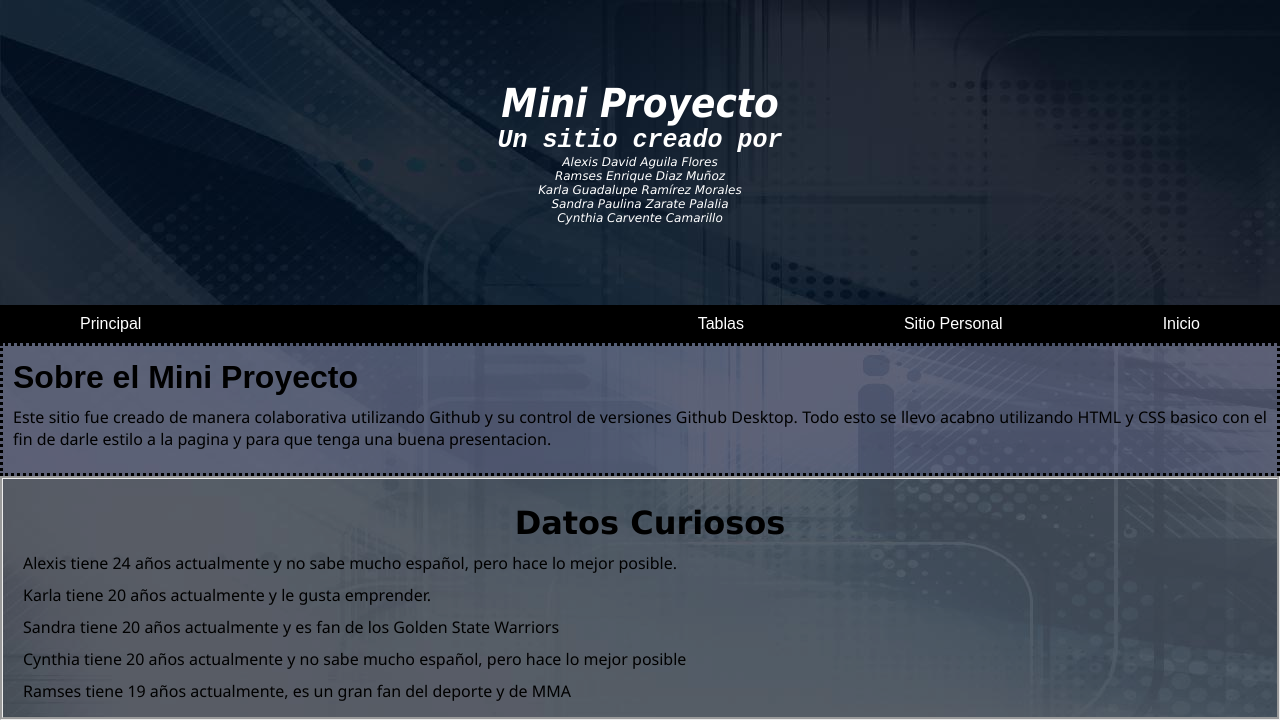
Repository: Dogueen/miniProyectoUniversidad
Page: miniProyecto/principal.html
The author's editor kept a copy of each file at every save. The page is drawn from the files as they stood at one save, then again after the next save.
The browser window is 1280 px wide. The pictures show the whole page.

Above is the page before, as saved 2023-10-31 19:29:14.

### miniProyecto/principal.html
<!DOCTYPE html>
<html lang="es">

<head>
    <title>Ejemplo de un Website</title>
    <meta charset="UTF-8">
    <meta name="viewport" content="width=device-width, initial-scale=1">
    <link rel="stylesheet" type="text/css" href="styles/principal.css" />

    <style>
    </style>
</head>

<body>

    <div class="header">
        <h1>Mini Proyecto</h1>
        <h2> Un sitio creado por</h2>
        <dl>
            <dt>Alexis David Aguila Flores</dt>
            <dt>Ramses Enrique Diaz Muñoz</dt>
            <dt>Karla Guadalupe Ramírez Morales</dt>
            <dt>Sandra Paulina Zarate Palalia</dt>
            <dt>Cynthia Carvente Camarillo</dt>
        </dl>
    </div>

    <div class="navbar">
        <a href="pages/inicio.html">Inicio</a>
        <a href="pages/personal.html">Sitio Personal</a>
        <a href="pages/tablas.html">Tablas</a>
        <a href="principal.html" class="left">Principal</a>
    </div>

    <div class="row">
        <d class="side">
            <h1>Sobre el Mini Proyecto</h1>
            <p class="parat">Este sitio fue creado de manera colaborativa utilizando Github y su control de
                versiones Github Desktop. Todo esto se llevo acabno utilizando HTML y CSS
                basico con el fin de darle estilo a la pagina y para que tenga una buena presentacion.
            </p class="parat">
    </div>
    <div class="main">
        <h1>Datos Curiosos</h1>
        <p class="parat">Alexis tiene 24 años actualmente y no sabe mucho español, pero hace
            lo mejor posible.
        </p class="parat">
        <p class="parat">Karla tiene 20 años actualmente y le gusta emprender.</p class="parat">
        <p class="parat">Sandra tiene 20 años actualmente y es fan de los Golden State Warriors</p class="parat">
        <p class="parat">Cynthia tiene 20 años actualmente y no sabe mucho español, pero hace
            lo mejor posible
        </p class="parat">
        <p class="parat">Ramses tiene 19 años actualmente, es un gran fan del deporte y de MMA</p class="parat">
    </div>
    </div>

</body>

</html>

### miniProyecto/styles/principal.css
/* Global Styles */
* {
    box-sizing: border-box;
    margin: 0;
    padding: 0;
}

body {
    background-image: url("../images/bg-img.jpg");
    margin: 0;
    font-family: Arial, sans-serif;
}

/* Header Styles */
.header {
    padding: 80px;
    text-align: center;
    color: white;
}

.header h1 {
    font-size: 40px;
    font-style: italic;
    font-family: Tahoma;
}

.header h2 {
    font-size: 25px;
    font-style: italic;
    font-family: monospace;
}

.header dl {
    font-size: 12px;
    font-style: italic;
    font-family: Verdana, Geneva, Tahoma, sans-serif;
}

/* Navbar Styles */
.navbar {
    overflow: hidden;
    background-color: #000000;
}

.navbar a {
    float: right;
    display: block;
    color: white;
    text-align: center;
    padding: 10px 80px;
    text-decoration: none;
}

.navbar a:hover {
    background-color: #ddd;
    color: black;
}

.navbar a.left {
    float: left;
}

/* Paragraph Styles */
.parat {
    /* top | right | bottom | left */
    margin: 10px auto 10px auto;
    text-align: justify;
    text-justify: auto;
    font-family: 'Segoe UI', Tahoma, Geneva, Verdana, sans-serif;
}

.main h1{
    font-family: 'Lucida Sans', 'Lucida Sans Regular', 'Lucida Grande', 'Lucida Sans Unicode', Geneva, Verdana, sans-serif;
    text-align: center;
}

/* Flexbox Layout */
.row {
    display: flex;
    flex-wrap: nowrap;
}

.side {
    flex: 1;
    background-color: rgba(173, 173, 205, 0.407);
    padding: 1% 10px;
    border-style: dotted;
}

.main {
    flex: 1;
    background-color: rgba(241, 241, 242, 0.24);
    /* top | right | bottom | left */
    padding: 25px 0px 5px 20px;
    border-style: groove;
}

/* Media Queries for Responsive Design */
@media screen and (max-width: 700px) {
    .row {
        flex-direction: column;
    }
}

@media screen and (max-width: 400px) {
    .navbar a {
        float: none;
        width: 100%;
    }
}

After the next save:
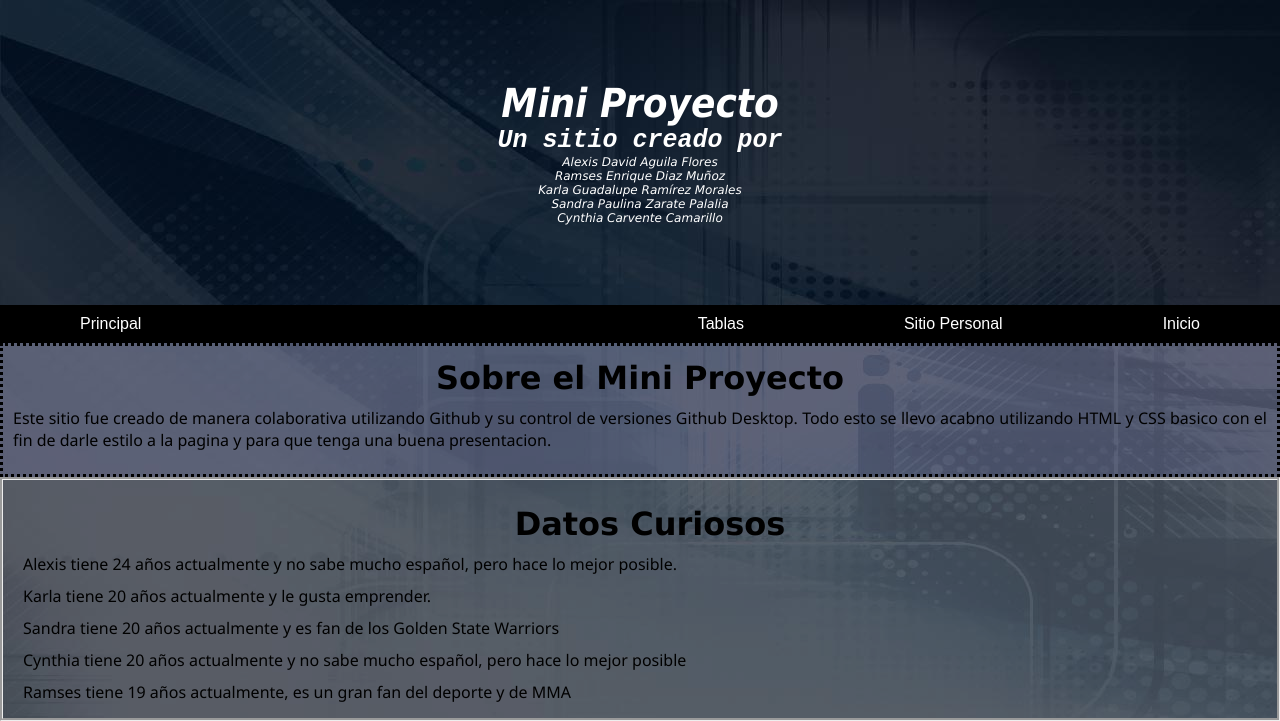
Saved 14 s later.
--- a/miniProyecto/styles/principal.css
+++ b/miniProyecto/styles/principal.css
@@ -73,7 +73,10 @@ body {
     font-family: 'Lucida Sans', 'Lucida Sans Regular', 'Lucida Grande', 'Lucida Sans Unicode', Geneva, Verdana, sans-serif;
     text-align: center;
 }
-
+.side h1{
+    font-family: 'Lucida Sans', 'Lucida Sans Regular', 'Lucida Grande', 'Lucida Sans Unicode', Geneva, Verdana, sans-serif;
+    text-align: center;
+}
 /* Flexbox Layout */
 .row {
     display: flex;
